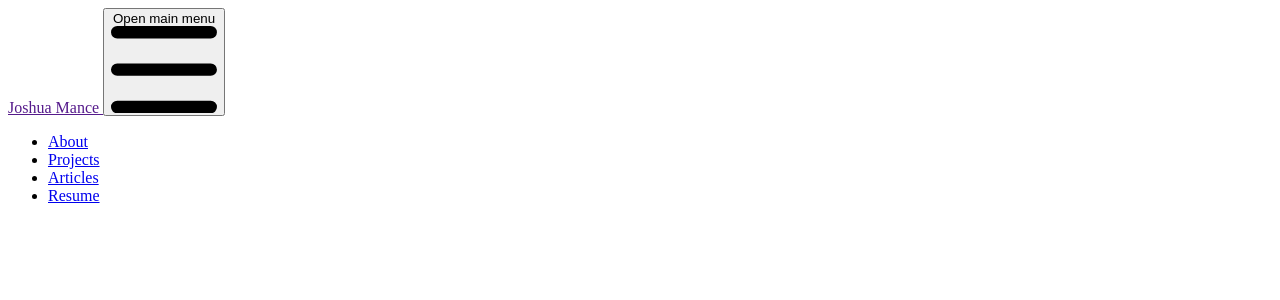
Repository: JoshMance/JoshMance.github.io
Page: src/components/navbar.html
The author's editor kept a copy of each file at every save. The page is drawn from the files as they stood at one save, then again after the next save.
The browser window is 1280 px wide. The pictures show the whole page.

Above is the page before, as saved 2024-08-26 10:54:29.

### src/components/navbar.html
<nav class="navbar sticky top-0 p-3 m-0">
  <div class="max-w-screen-3xl flex flex-wrap items-start justify-between mx-auto px-4">
    <a href="" class="flex items-center space-x-5 rtl:space-x-reverse">
        <span class="rounded-corners self-center text-3xl py-2 whitespace-nowrap text-accent font-mono">  Joshua Mance </span>
    </a>
    <button data-collapse-toggle="navbar-default" type="button" class="inline-flex items-center p-2 w-10 h-10 justify-center text-sm text-gray-500 rounded-lg md:hidden hover:bg-gray-100 focus:outline-none focus:ring-2 focus:ring-gray-200 dark:text-gray-400 dark:hover:bg-gray-700 dark:focus:ring-gray-600" aria-controls="navbar-default" aria-expanded="false">
        <span class="sr-only">Open main menu</span>
        <svg class="w-5 h-5" aria-hidden="true" xmlns="http://www.w3.org/2000/svg" fill="none" viewBox="0 0 17 14">
            <path stroke="currentColor" stroke-linecap="round" stroke-linejoin="round" stroke-width="2" d="M1 1h15M1 7h15M1 13h15"/>
        </svg>
    </button>
    <div class="hidden w-full md:block md:w-auto" id="navbar">
      <ul class="text-2xl flex flex-col md:p-0 mt-5 border rounded-lg md:flex-row rtl:space-x-reverse md:mt-0 md:border-0">
        <li class="px-5">
          <a href="#" class="block py-2 px-7 text-secondary rounded-3xl hover:underline hover:text-accent">About</a>
        </li>
        <li class="px-5">
          <a href="/src/pages/projects.html" class="block py-2 px-7 text-secondary rounded-3xl hover:underline hover:text-accent">Projects</a>
        </li>
        <li class="px-5">
          <a href="#" class="block py-2 px-7 whitespace-nowrap text-secondary rounded-3xl hover:underline hover:text-accent">Articles</a>
        </li>
        <li class="px-5">
          <a href="#" class="block py-2 px-7 whitespace-nowrap text-secondary rounded-3xl hover:underline hover:text-accent">Resume</a>
        </li>

      </ul>
    </div>
  </div>
</nav>

After the next save:
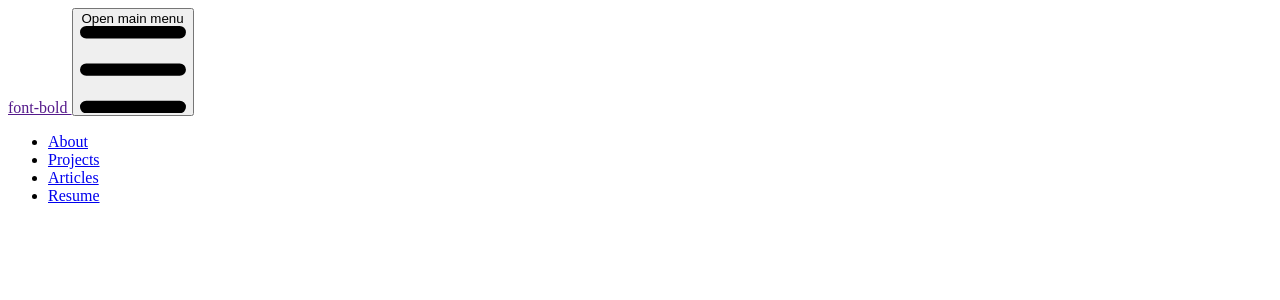
Saved 23 s later.
--- a/src/components/navbar.html
+++ b/src/components/navbar.html
@@ -1,7 +1,7 @@
 <nav class="navbar sticky top-0 p-3 m-0">
   <div class="max-w-screen-3xl flex flex-wrap items-start justify-between mx-auto px-4">
     <a href="" class="flex items-center space-x-5 rtl:space-x-reverse">
-        <span class="rounded-corners self-center text-3xl py-2 whitespace-nowrap text-accent font-mono">  Joshua Mance </span>
+        <span class="rounded-corners self-center text-3xl py-2 whitespace-nowrap  font-mono">  font-bold </span>
     </a>
     <button data-collapse-toggle="navbar-default" type="button" class="inline-flex items-center p-2 w-10 h-10 justify-center text-sm text-gray-500 rounded-lg md:hidden hover:bg-gray-100 focus:outline-none focus:ring-2 focus:ring-gray-200 dark:text-gray-400 dark:hover:bg-gray-700 dark:focus:ring-gray-600" aria-controls="navbar-default" aria-expanded="false">
         <span class="sr-only">Open main menu</span>

After the 3 saves that followed:
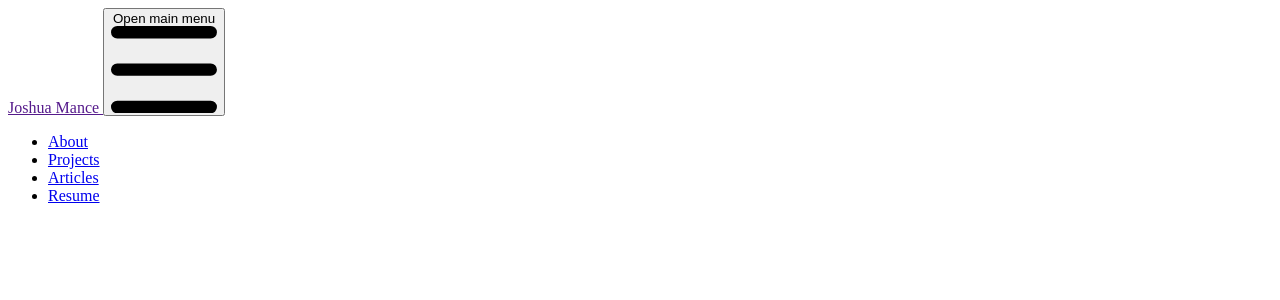
The 3 saves are shown as one change because 2 left the picture as it was.
The last was saved 21 s later.
--- a/src/components/navbar.html
+++ b/src/components/navbar.html
@@ -1,7 +1,7 @@
 <nav class="navbar sticky top-0 p-3 m-0">
   <div class="max-w-screen-3xl flex flex-wrap items-start justify-between mx-auto px-4">
     <a href="" class="flex items-center space-x-5 rtl:space-x-reverse">
-        <span class="rounded-corners self-center text-3xl py-2 whitespace-nowrap  font-mono">  font-bold </span>
+        <span class="rounded-corners self-center text-3xl py-2 whitespace-nowrap text-secondary font-mono">  Joshua Mance </span>
     </a>
     <button data-collapse-toggle="navbar-default" type="button" class="inline-flex items-center p-2 w-10 h-10 justify-center text-sm text-gray-500 rounded-lg md:hidden hover:bg-gray-100 focus:outline-none focus:ring-2 focus:ring-gray-200 dark:text-gray-400 dark:hover:bg-gray-700 dark:focus:ring-gray-600" aria-controls="navbar-default" aria-expanded="false">
         <span class="sr-only">Open main menu</span>
